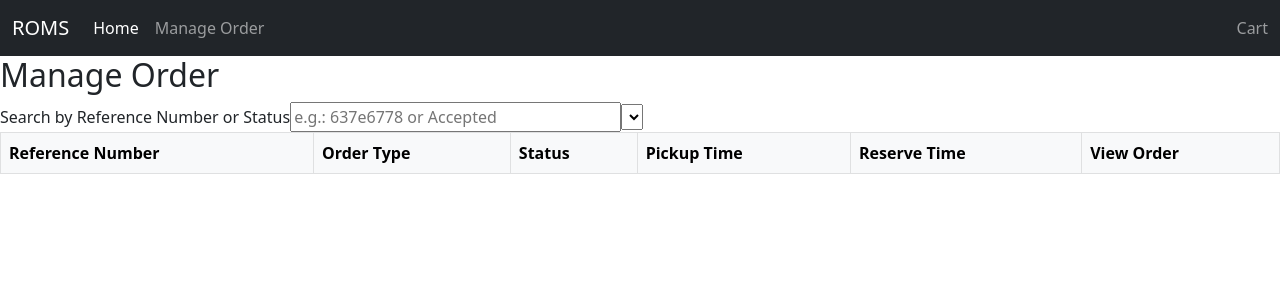
Repository: kayc529/comp231-f22-team4-roms
Page: /manageOrder
The author's editor kept a copy of each file at every save. The page is drawn from the files as they stood at one save, then again after the next save.
The browser window is 1280 px wide. The pictures show the whole page.
The page's requests for data from a server got no answer. The project was rebuilt for these pictures with package versions that can differ from the ones it lists, and the page was loaded fresh each time. No one was signed in, and anything a server would have sent is missing. Also part of the build but not shown: src/components/ExampleComponent.js, src/components/ExampleBox.js, src/pages/example/ExampleHomePage.js, src/pages/example/ExampleNotFoundPage.js, src/features/cart/cartActions.js, src/pages/Cart.js, src/pages/ViewOrder.js.

Above is the page before, as saved 2022-12-04 23:57:28.

### src/index.js
import React from 'react';
import { createRoot } from 'react-dom/client';
import { Provider } from 'react-redux';
import './index.css';
import store from './store';
import App from './App';
//stylesheet for bootstrap
import 'bootstrap/dist/css/bootstrap.min.css';
import 'bootstrap/dist/js/bootstrap.min.js';

const container = document.getElementById('root');
const root = createRoot(container);

root.render(
  <Provider store={store}>
    <App />
  </Provider>
);

### src/index.css
body {
  margin: 0;
  font-family: -apple-system, BlinkMacSystemFont, 'Segoe UI', 'Roboto', 'Oxygen',
    'Ubuntu', 'Cantarell', 'Fira Sans', 'Droid Sans', 'Helvetica Neue',
    sans-serif;
  -webkit-font-smoothing: antialiased;
  -moz-osx-font-smoothing: grayscale;
  color: black;
}

code {
  font-family: source-code-pro, Menlo, Monaco, Consolas, 'Courier New',
    monospace;
}

/*Cart Page*/
.cartItem {
  display: grid;
  row-gap: 0.5rem;
  padding: 15px 30px;
}

.cartItem .img-thumbnail{
  max-width: 100px;
}

/*STUFF FOR SIGNIN/SIGNUP PORTIONS*/

.signin-form {
  max-width: 30rem;
  margin-top: 3rem;
}

.signin-form input {
  margin-bottom: 2em;
  text-align: center;
}

.signin-form a {
  text-decoration: none;
  color: black;
  font-size: 1.5em;
  border-radius: 4px;
  padding: 10px;
}

.signin-form a:hover {
  transition: .5s ease-in-out;
  font-size: 1.8em;
  color: black;
}

.signup-container {
  margin-top: 3rem;
}

.signup-form {
  max-width: 30rem;
}

.signup-form input {
  text-align: center;
  margin-bottom: 15px;
}

.radio {
  margin-right: 5px;
  margin-left: 20px;
  margin-top: 10px;
}

/*END OF STUFF FOR SIGNIN/SIGNUP PORTIONS*/

### src/store.js
import { configureStore } from '@reduxjs/toolkit';
import exampleReducer from './features/example/exampleSlice';
import cartReducers from './features/cart/cartReducers';
import menuReducer from './features/menu/menuSlice';
import staffReducer from './features/staff/staffSlice';


//YOU MUST PUT THE REDUCER INSIDE THE STORE
//OR ELSE YOU CAN'T DISPATCH THEIR ACTIONS FROM ANY OF THE APP COMPONENTS
const store = configureStore({
  reducer: {
    example: exampleReducer,
    cart: cartReducers,
    menu: menuReducer,
    staff: staffReducer
  },
});

export default store;

### src/App.js
import { Routes, Route, BrowserRouter } from 'react-router-dom';
import ExampleHomePage from './pages/example/ExampleHomePage';
import ExampleNotFoundPage from './pages/example/ExampleNotFoundPage';
import Menu from './components/Menu';
import CartPage from './pages/Cart';
import ManageOrderPage from './pages/ManageOrder';
import ViewOrderPage from './pages/ViewOrder';

function App() {
  return (
    <>
      <BrowserRouter>
        <Routes>
          <Route path='/' element={<Menu />}>
            <Route index element={<ExampleHomePage />} />
            <Route path='cart' element={<CartPage />} />
            <Route path='manageOrder' element={<ManageOrderPage/>} />
            <Route path='viewOrder/:id' element={<ViewOrderPage/>} />
            {/* add page here if you want the shared layout*/}
          </Route>
          {/* add page here if you don't want the shared layout*/}

          {/* !!not found page must be placed at the very end!!*/}
          <Route path='*' element={<ExampleNotFoundPage />} />
        </Routes>
      </BrowserRouter>
    </>
  );
}

export default App;

### src/features/example/exampleSlice.js
import { createSlice, createAsyncThunk } from '@reduxjs/toolkit';
import { getUniversityListThunk } from './exampleThunk';

//slice is similar to a feature of the app
//data manipulations that are related to the feature are placed together

//--CREATE INITIAL STATE OF THE SLICE
const initialState = {
  exampleList: [],
  isLoading: false,
  isSwitchOn: false,
};

//--DECLARE AN ACTION
//an async action requires an async thunk(aka middleware)
export const getUniversityList = createAsyncThunk(
  'example/getUniversityList',
  async (countryName, thunkAPI) => {
    return getUniversityListThunk(
      `http://universities.hipolabs.com/search?country=${countryName}`,
      thunkAPI
    );
  }
);

//--CREATE SLICE
const exampleSlice = createSlice({
  name: 'example',
  initialState,
  //reducers are for actions that do not require calling API
  //--DECLARE REDUCER
  reducers: {
    toggleSwitch: (state) => {
      state.isSwitchOn = !state.isSwitchOn;
    },
  },
  //extra reducers are for actions that require calling API (or some other async functions)
  //you can change the value of the states at differnt status of the action i.e. pending, fulfilled, rejected
  //--DECLARE EXTRA REDUCER
  extraReducers: {
    [getUniversityList.pending]: (state) => {
      state.isLoading = true;
    },
    [getUniversityList.fulfilled]: (state, { payload }) => {
      //payload is the data
      //you may have to deconstruct the object depending on the structure of the returned object from the API
      //i.e. const { someFieldName } = payload <-this is called object deconstruction
      //in this example, the API directly returns the list we want so no deconstruction is needed
      state.exampleList = payload.slice(0, 10); //limit to 10 universities only for demo purpose
      state.isLoading = false;
      //you can also dispatch another action here after this action is fulfilled
    },
    [getUniversityList.rejected]: (state) => {
      state.isLoading = false;
      //you can do some error handling here
    },
  },
});

//you have to export both the reducers' actions and the extraReducers
//so that they can be put in the store
//and can be dispatched from other components
export const { toggleSwitch } = exampleSlice.actions;
export default exampleSlice.reducer;

//REMEBER TO PUT THE REDUCER IN THE STORE /src/store.js

### src/features/cart/cartReducers.js
import { ADD_TO_CART, DELETE_FROM_CART } from './cartConstants'

let initialCart = {
	cart: [],
};

if (localStorage.getItem('cart')) {
	initialCart.cart = JSON.parse(localStorage.getItem('cart'));
} else {
	initialCart.cart = [];
}

const cartReducers = (state = initialCart, action) => {
	switch (action.type) {
		case ADD_TO_CART:
		case DELETE_FROM_CART:
			return {
				cart: [...action.payload],
			};
		default:
			return state;
	}
};

export default cartReducers;

### src/features/menu/menuSlice.js
import { createSlice, createAsyncThunk } from '@reduxjs/toolkit';
import {
  getAllMenuItemsThunk,
  getMenuItemThunk,
  addMenuItemThunk,
  editMenuItemThunk,
  deleteMenuItemThunk,
  uploadMenuItemImageThunk,
} from './menuThunk';

const initialState = {
  menuItemList: [],
  menuItem: {},
  isLoading: false,
  errorMsg: '',
};

export const getAllMenuItems = createAsyncThunk(
  'menu/getAllMenuItems',
  async (_, thunkAPI) => {
    return getAllMenuItemsThunk('/menu', thunkAPI);
  }
);

export const getMenuItem = createAsyncThunk(
  'menu/getMenuItem',
  async (menuItemId, thunkAPI) => {
    return getMenuItemThunk(`/menu/${menuItemId}`, thunkAPI);
  }
);

export const addMenuItem = createAsyncThunk(
  'menu/addMenuItem',
  async (menuItemToAdd, thunkAPI) => {
    return addMenuItemThunk('/menu', menuItemToAdd, thunkAPI);
  }
);

export const editMenuItem = createAsyncThunk(
  'menu/editMenuItem',
  async (menuItemToEdit, thunkAPI) => {
    return editMenuItemThunk(
      `/menu/${menuItemToEdit._id}`,
      menuItemToEdit,
      thunkAPI
    );
  }
);

export const deleteMenuItem = createAsyncThunk(
  'menu/deleteMenuItem',
  async (menuItemId, thunkAPI) => {
    return deleteMenuItemThunk(`/menu/${menuItemId}`, thunkAPI);
  }
);

export const uploadMenuItemImage = createAsyncThunk(
  'menu/uploadMenuItemImage',
  async (menuItemId, imageData, thunkAPI) => {
    return uploadMenuItemImageThunk(
      `/menu/upload-image/${menuItemId}`,
      imageData,
      thunkAPI
    );
  }
);

const menuSlice = createSlice({
  name: 'menu',
  initialState,
  reducer: {},
  extraReducers: {
    //GET ALL MENU ITEMS
    [getAllMenuItems.pending]: (state) => {
      state.isLoading = true;
    },
    [getAllMenuItems.fulfilled]: (state, { payload }) => {
      const { menuItems } = payload;
      state.isLoading = false;
      state.menuItemList = menuItems;
    },
    [getAllMenuItems.rejected]: (state) => {
      state.isLoading = false;
    },
    //GET SINGLE MENU ITEM
    [getMenuItem.pending]: (state) => {
      state.isLoading = true;
      state.menuItem = {};
    },
    [getMenuItem.fulfilled]: (state, { payload }) => {
      const { menuItem } = payload;
      state.isLoading = false;
      state.menuItem = menuItem;
    },
    [getMenuItem.rejected]: (state) => {
      state.isLoading = false;
    },
    //ADD MENU ITEM
    [addMenuItem.pending]: (state) => {
      state.isLoading = true;
    },
    [addMenuItem.fulfilled]: (state, { payload }) => {
      state.isLoading = false;
      //the api will return the newly added menu item
      //you can add it to the state if needed
    },
    [addMenuItem.rejected]: (state) => {
      state.isLoading = false;
    },
    //EDIT MENU ITEM
    [editMenuItem.pending]: (state) => {
      state.isLoading = true;
    },
    [editMenuItem.fulfilled]: (state, { payload }) => {
      state.isLoading = false;
      //the api will return the updated menu item
      //you can add it to the state if needed
    },
    [editMenuItem.rejected]: (state) => {
      state.isLoading = false;
    },
    //DELETE MENU ITEM
    [deleteMenuItem.pending]: (state) => {
      state.isLoading = true;
    },
    [deleteMenuItem.fulfilled]: (state) => {
      state.isLoading = false;
    },
    [deleteMenuItem.rejected]: (state) => {
      state.isLoading = false;
    },
    //UPLOAD MENU ITEM IMAGE
    [uploadMenuItemImage.pending]: (state) => {
      state.isLoading = true;
    },
    [uploadMenuItemImage.fulfilled]: (state) => {
      state.isLoading = false;
    },
    [uploadMenuItemImage.rejected]: (state) => {
      state.isLoading = false;
    },
  },
});

export default menuSlice.reducer;

### src/features/staff/staffSlice.js
import { createSlice, createAsyncThunk } from '@reduxjs/toolkit';
import {
  getAllStaffsThunk,
  getStaffThunk,
  editStaffThunk,
  deleteStaffThunk,
} from './staffThunk';

const initialState = {
  staffsList: [],
  staff: {},
  isLoading: false,
  errorMsg: '',
};

export const getAllStaffs = createAsyncThunk(
  'staffs/getAllStaffs',
  async (_, thunkAPI) => {
    return getAllStaffsThunk('/staffs', thunkAPI);
  }
);

export const getStaff = createAsyncThunk(
  'staffs/getStaff',
  async (staffId, thunkAPI) => {
    return getStaffThunk(`/staffs/edit/${staffId}`, thunkAPI);
  }
);

export const editStaff = createAsyncThunk(
  'staffs/editStaff',
  async (updatedStaff, thunkAPI) => {
    return editStaffThunk(
      `/staffs/edit/${updatedStaff.id}`,
      updatedStaff,
      thunkAPI
    );
  }
);

export const deleteStaff = createAsyncThunk(
  'staffs/deleteStaff',
  async (staffId, thunkAPI) => {
    return deleteStaffThunk(`/staffs/delete/${staffId}`, thunkAPI);
  }
);

const staffSlice = createSlice({
  name: 'staff',
  initialState,
  reducer: {},
  extraReducers: {
    //GET ALL STAFFS
    [getAllStaffs.pending]: (state) => {
      state.isLoading = true;
    },
    [getAllStaffs.fulfilled]: (state, { payload }) => {
      const { staffs } = payload;
      state.isLoading = false;
      state.staffsList = staffs;
    },
    [getAllStaffs.rejected]: (state) => {
      state.isLoading = false;
    },
    //GET SINGLE STAFF
    [getStaff.pending]: (state) => {
      state.isLoading = true;
      state.staff = {};
    },
    [getStaff.fulfilled]: (state, { payload }) => {
      const { staff } = payload;
      state.isLoading = false;
      state.staff = staff;
    },
    [getStaff.rejected]: (state) => {
      state.isLoading = false;
    },

    //EDIT STAFF
    [editStaff.pending]: (state) => {
      state.isLoading = true;
    },
    [editStaff.fulfilled]: (state, { payload }) => {
      state.isLoading = false;
    },
    [editStaff.rejected]: (state) => {
      state.isLoading = false;
    },
    //DELETE STAFF
    [deleteStaff.pending]: (state) => {
      state.isLoading = true;
    },
    [deleteStaff.fulfilled]: (state) => {
      state.isLoading = false;
    },
    [deleteStaff.rejected]: (state) => {
      state.isLoading = false;
    },
  },
});

export default staffSlice.reducer;

### src/components/Menu.js
import { Outlet } from 'react-router-dom';

const Menu = () => {
  return (
    <>
      <header>
        <nav className="navbar navbar-expand-lg bg-dark navbar-dark">
          <div className="container-fluid">
            <a className="navbar-brand" href="/">ROMS</a>
            <button className="navbar-toggler" type="button" data-bs-toggle="collapse" data-bs-target="#navbarNavDropdown">
              <span className="navbar-toggler-icon"></span>
            </button>
            <div className="collapse navbar-collapse" id="navbarNavDropdown">
              <ul className="navbar-nav">
                <li className="nav-item">
                  <a className="nav-link active" href="/">Home</a>
                </li>
                <li>
                  <a className="nav-item nav-link navbar-text" href="/ManageOrder"> Manage Order</a>
                  </li>
              </ul>
            </div>
            <a className="nav-item nav-link navbar-text" href="/cart">Cart</a>
          </div>
        </nav>
      </header>
      <main>
        <Outlet />
      </main>
      <footer></footer>
    </>
  );
};

export default Menu;

### src/pages/ManageOrder.js
import React, {useState, useEffect} from 'react';
import BootstrapSwitchButton from 'bootstrap-switch-button-react';
import ToogleButton from 'react-toggle-button';
import {Button, Table} from 'react-bootstrap';
import axios from '../utils/orderFetch';
import ViewOrder from './ViewOrder';
import { Link } from "react-router-dom";
import Dropdown from 'react-bootstrap/Dropdown';

const ManageOrder =()=>{
    const [orderData, setOrderData] = useState([]);
    // const orderStatus = Object.keys(orderData).map(function (key){
    //     return orderData[key].status});
    // const [orderState, setOrderState] = useState(orderStatus);
    const [searchKeyword, setSearchKeyword] = useState("");
    const [filterState, setFilterState] = useState();

    useEffect(()=>{
        const fetchData = async () =>{
            const result = await axios.get('/api/v1/orders/')
            const resultData = result.data.orders
            setOrderData(resultData)
        }
        fetchData();
    }, []);

    return (
        <div className='control-main'>

            <h2>Manage Order</h2>

            <label> Search by Reference Number or Status </label>
                <input className="txtSearch" placeholder='e.g.: 637e6778 or Accepted'
                type="text"
                size={30}
                onChange={(e) =>{setSearchKeyword(e.target.value)}}
            />
            {/* <Dropdown>
                <Dropdown.Toggle variant="success" id="dropdown-basic">
                    Filter by Date
                </Dropdown.Toggle>

                <Dropdown.Menu>
                    <Dropdown.Item href="#/action-1">All Orders</Dropdown.Item>
                    <Dropdown.Item href="#/action-2">Today's orders</Dropdown.Item>
                    <Dropdown.Item href="#/action-3">Past orders</Dropdown.Item>
                </Dropdown.Menu>
            </Dropdown> */}

            <select className="filterDropdown"
                value={filterState}
                onChange={e => setFilterState(e.target.value)}>
                <option value="all"> </option>

            </select>


            <Table striped bordered hover variant="light">
                <thead>
                    <tr>
                        <th>Reference Number</th>
                        <th>Order Type</th>
                        <th>Status</th>
                        <th>Pickup Time</th>
                        <th>Reserve Time</th>
                        <th>View Order</th>
                    </tr>
                </thead>

                <tbody>
                {orderData.filter((order) => {
                    if (searchKeyword.length ===0 ){
                        return order;
                    }

                    else if (order.referenceNumber == searchKeyword || order.status == searchKeyword.toUpperCase()){
                        return order;
                    }
                    }).map((order, i) => (
                    <tr key={i}>

                        <td >{order.referenceNumber}
                        </td>
                        {order.orderType == "TAKE_OUT"? <td>Take Out</td>: <td>Dine In</td>}
                        <td >{order.status}
                        </td>
                        <td >{order.pickupTime}
                        </td>
                        <td >{order.reserveTime}
                        </td>
                        <td>
                            <Link to={`../ViewOrder/${order._id}`}>
                                <Button size="sm">View </Button>
                            </Link>
                        </td>
                    </tr>
                ))}
                </tbody>
            </Table>


        </div>

    );


};

export default ManageOrder;

### src/features/example/exampleThunk.js
import customFetch from '../../utils/customFetch';

//thunks are separated into different file for cleaner codes
//of course you can put these codes inside the action in the slice file
//but it is a good practice to separate the codes
export const getUniversityListThunk = async (url, thunkAPI) => {
  //must use try catch block when calling API!!
  try {
    const res = await customFetch.get(url);
    //you can always check out the structure of the returned object by logging
    console.log(res.data);
    //you can do something here
    //thunkAPI allows you to dispatch another action
    //e.g. thunkAPI.dispatch(someOtherAction());
    return res.data;
  } catch (error) {
    //you can do error handling here
    //thunkAPI allows you to dispatch another action
    //e.g. thunkAPI.dispatch(someErrorHandlingAction());
    return thunkAPI.rejectWithValue(error.response.data.msg);
  }
};

### src/features/cart/cartConstants.js
export const ADD_TO_CART = 'ADD_TO_CART';
export const DELETE_FROM_CART = 'DELETE_FROM_CART';

### src/features/menu/menuThunk.js
import customFetch from '../../utils/customFetch';

export const getAllMenuItemsThunk = async (url, thunkAPI) => {
  try {
    const res = await customFetch.get(url);
    console.log(res.data);
    return res.data;
  } catch (error) {
    return thunkAPI.rejectWithValue(error.response.data.msg);
  }
};

export const getMenuItemThunk = async (url, thunkAPI) => {
  try {
    const res = await customFetch.get(url);
    console.log(res.data);
    return res.data;
  } catch (error) {
    return thunkAPI.rejectWithValue(error.response.data.msg);
  }
};

export const addMenuItemThunk = async (url, newMenuItem, thunkAPI) => {
  try {
    const res = await customFetch.post(url, newMenuItem);
    console.log(res.data);
    return res.data;
  } catch (error) {
    return thunkAPI.rejectWithValue(error.response.data.msg);
  }
};

export const editMenuItemThunk = async (url, updatedMenuItem, thunkAPI) => {
  try {
    const res = await customFetch.patch(url, updatedMenuItem);
    console.log(res.data);
    return res.data;
  } catch (error) {
    return thunkAPI.rejectWithValue(error.response.data.msg);
  }
};

export const deleteMenuItemThunk = async (url, thunkAPI) => {
  try {
    const res = await customFetch.delete(url);
    console.log(res.data);
    return res.data;
  } catch (error) {
    return thunkAPI.rejectWithValue(error.response.data.msg);
  }
};

export const uploadMenuItemImageThunk = async (url, imageData, thunkAPI) => {
  try {
    const res = await customFetch.post(url, imageData);
    console.log(res.data);
    return res.data;
  } catch (error) {
    return thunkAPI.rejectWithValue(error.response.data.msg);
  }
};

### src/features/staff/staffThunk.js
import customFetch from '../../utils/customFetch';

export const getAllStaffsThunk = async (url, thunkAPI) => {
  try {
    const res = await customFetch.get(url);
    console.log(res.data);
    return res.data;
  } catch (error) {
    return thunkAPI.rejectWithValue(error.response.data.msg);
  }
};

export const getStaffThunk = async (url, thunkAPI) => {
  try {
    const res = await customFetch.get(url);
    console.log(res.data);
    return res.data;
  } catch (error) {
    return thunkAPI.rejectWithValue(error.response.data.msg);
  }
};

export const editStaffThunk = async (url, updatedStaff, thunkAPI) => {
  try {
    const res = await customFetch.patch(url, updatedStaff);
    console.log(res.data);
    return res.data;
  } catch (error) {
    return thunkAPI.rejectWithValue(error.response.data.msg);
  }
};

export const deleteStaffThunk = async (url, thunkAPI) => {
  try {
    const res = await customFetch.delete(url);
    console.log(res.data);
    return res.data;
  } catch (error) {
    return thunkAPI.rejectWithValue(error.response.data.msg);
  }
};

### src/utils/orderFetch.js
import axios from 'axios';

const getBaseUrl = () => {
  //will use the url of the backend later
  return '';
};

const orderFetch = axios.create({
  baseURL: 'http://localhost:4000/',
  headers: "application/json"
});

//orderFetch.get('/api/v1/orders')

export default orderFetch;

### src/utils/customFetch.js
import axios from 'axios';

const getBaseUrl = () => {
  //will use the url of the backend later
  return '';
};

const customFetch = axios.create({
  baseURL: getBaseUrl(),
});

export default customFetch;

After the next save:
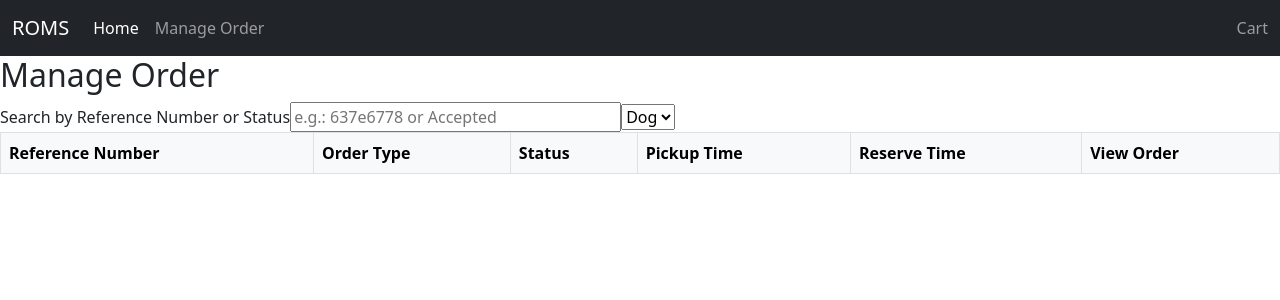
Saved 36 s later.
--- a/src/pages/ManageOrder.js
+++ b/src/pages/ManageOrder.js
@@ -47,10 +47,10 @@ const ManageOrder =()=>{
                 </Dropdown.Menu>
             </Dropdown> */}
 
-            <select className="filterDropdown"
+            <select className="filterDropdown">
+                <option value="dog">Dog</option>
                 value={filterState}
                 onChange={e => setFilterState(e.target.value)}>
-                <option value="all"> </option>
 
             </select>
 
